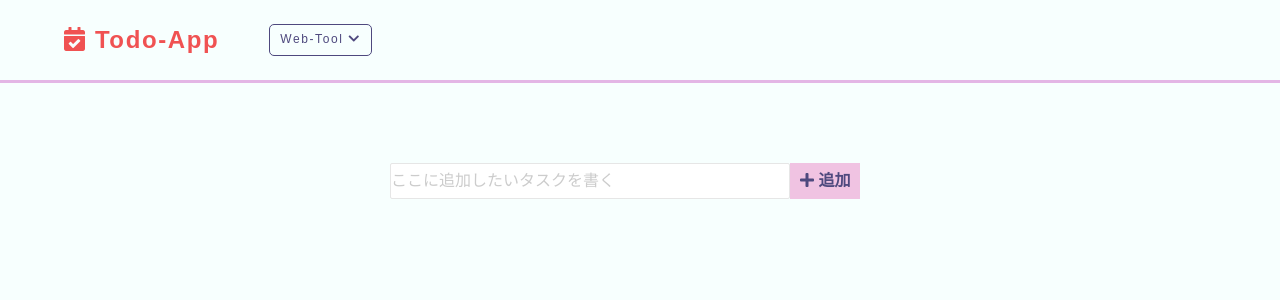
Repository: Hiroshii-m/todo_vue
Page: index.html
The author's editor kept a copy of each file at every save. The page is drawn from the files as they stood at one save, then again after the next save.
The browser window is 1280 px wide. The pictures show the whole page.
The style sheet was rebuilt from its Sass, Less or Tailwind sources for each picture, by a compiler version that may differ from the author's.

Above is the page before, as saved 2021-06-26 18:19:06.

### index.html
<!DOCTYPE html>
<html lang="en">
<head>
    <meta charset="UTF-8">
    <meta http-equiv="X-UA-Compatible" content="IE=edge">
    <meta name="viewport" content="width=device-width, initial-scale=1.0">
    <link rel="stylesheet" href="node_modules/@fortawesome/fontawesome-free/css/all.css">
    <link rel="stylesheet" href="dist/css/style.css">
    <title>TODO APP Vue</title>
</head>
<body class="u-bgColor-base">

    <!-- header -->
    <header id="l-header" class="u-border-bottom">
        <div class="c-header">
            <h2 class="c-header__home">
                <i class="fas fa-calendar-check"></i>
                <a class="c-header__text" href="">Todo-App</a>
            </h2>
            <h3 class="c-header__other">
                Web-Tool
                <i class="fas fa-chevron-down"></i>
            </h3>
        </div>
    </header><!-- /header -->

    <!-- main -->
    <section id="l-main">
        <div class="c-main">
            <div id="l-addTask">
                <div class="c-addTask">
                    <input type="text" class="c-addTask__input" placeholder="ここに追加したいタスクを書く">
                    <button class="c-addTask__add">
                        <i class="fas fa-plus"></i>
                        追加
                    </button>
                </div>
            </div>
            <div id="l-search"></div>
            <div id="l-list"></div>
        </div>
    </section>
    <!-- /main -->

</body>
</html>

### src/scss/style.scss

// ======================================
// foundation
// ======================================
@use 'foundation/reset';
@use 'foundation/variables';
@use 'foundation/base';
// ======================================
// layout
// ======================================
#l-header {
    width: 100%;
}
#l-main {
    padding: 80px;
}
// ======================================
// object
// ======================================
// Component
// **************************************
.c-header {
    width: 90%;
    height: 80px;
    margin: 0 auto;
    display: flex;
    align-items: center;
    &__home {
        margin-right: 50px;
        font-weight: bold;
        color: var(--color_red);
        font-size: var(--font-size_xl);
    }
    &__other {
        font-size: var(--font-size_s);
        padding: var(--space_s) var(--space_m);
        border: 1px solid var(--font-color_default);
        border-radius: 5px;
        cursor: pointer;
    }
}
.c-main {
    width: var(--site-width_xxl);
    margin: 0 auto;
}
.c-addTask {
    display: flex;
    max-width: 500px;
    margin: 0 auto;
    &__input {
        width: 80%;
        border: 1px solid var(--border-color_default);
        border-radius: 2px;
    }
    &__add {
        background: var(--color_pink);
        padding: var(--space_s) var(--space_m);
        font-weight: bold;
    }
}
// Project
// **************************************
// Utility
// **************************************
.u-border {
    &-bottom {
        border-bottom: 3px solid var(--color_accent);
    }
}
.u-bgColor {
    &-base {
        background: var(--color_base);
    }
}

### src/scss/foundation/_variables.scss
:root {
    --font-color_default: #4e497e;
    --color_base: #F7FFFE;
    --color_accent: #E3B6E5;
    --color_green: #C3E8C7;
    --color_sky: #C8E4F4;
    --color_red: #F05252;
    --color_blue: #25A1EF;
    --color_pink: #f0c3e2;
    --border-color_default: #E6E6E6;


    --site-width_xxl: 780px;
    --site-width_xl: 680px;
    --site-width_md: 580px;
    --site-width_ms: 414px;

    --font-size_s: 12px;
    --font-size_m: 14px;
    --font-size_default: 16px;
    --font-size_l: 18px;
    --font-size_xl: 24px;
    --font-size_xxl: 28px;
    --font-size_3l: 38px;


    --space_s: 5px;
    --space_m: 10px;
    --space_l: 15px;
    --space_xl: 20px;
    --space_xxl: 30px;
    --space_3l: 40px;

    --font-family_default: "メイリオ", sans-serif;
}

### src/scss/foundation/_base.scss
html, body {
    width: 100%;
    color: var(--font-color_default);
    line-height: 1.6;
    font-family: var(--font-family_default);
    letter-spacing: 0.1em;
}

p, a {
    -webkit-font-smoothing: antialiased;
}

img {
    width: 100%;
    height: 100%;
    vertical-align: bottom;
    object-fit: cover;
}

input {
    display: block;
    width: 100%;
    background: #fff;
}

textarea {
    resize: vertical;
    height: 30px;
}

::placeholder {
    color: #ccc;
}

iframe {
    width: 100%;
}

i {
    cursor: pointer;
}

Loaded but not shown: node_modules/@fortawesome/fontawesome-free/css/all.css (library); src/scss/foundation/_reset.scss (common file)

After the next save:
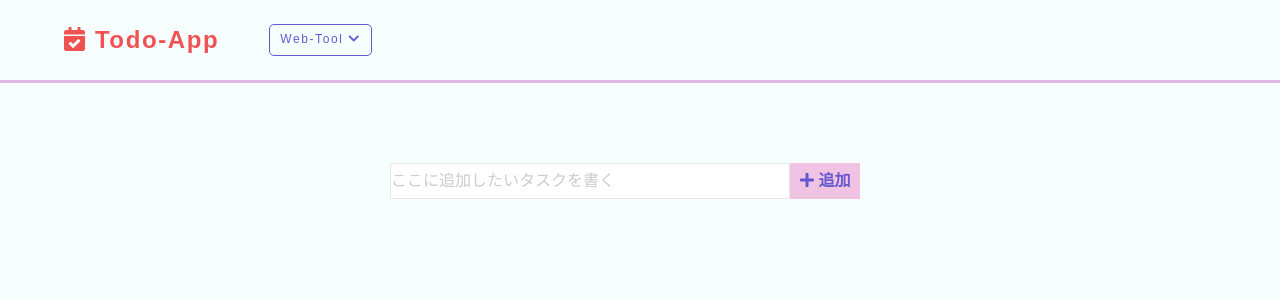
Saved 13 s later.
--- a/src/scss/foundation/_variables.scss
+++ b/src/scss/foundation/_variables.scss
@@ -1,5 +1,5 @@
 :root {
-    --font-color_default: #4e497e;
+    --font-color_default: #6459ce;
     --color_base: #F7FFFE;
     --color_accent: #E3B6E5;
     --color_green: #C3E8C7;
